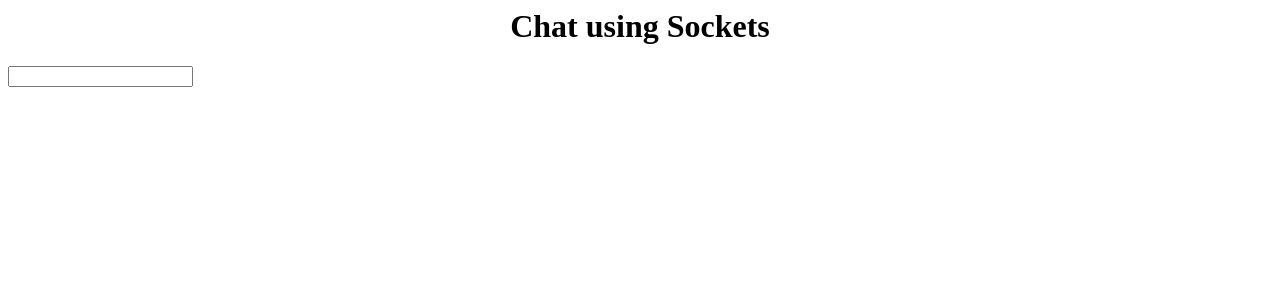
Repository: JamesArul/CLBSiteSTMT
Page: StudentsMeetFrontEnd/WebContent/SocketChat/ChatHome.html
An editor plug-in stored every save of this project. The page is shown before and after the next save, followed by the edit.
The browser window is 1280 px wide. The pictures show the whole page.

Above is the page before, as saved 2017-06-09 10:02:53.

### StudentsMeetFrontEnd/WebContent/SocketChat/ChatHome.html
<div ng-include="'SocketChat/ChatHome.html'"></div>
<center><h1>Chat using Sockets</h1></center>
<div ng-controller="ChatMsgController as ctrl">
<form ng-submit="addSocketMessage()">
<input type="text" ng-model=message />
</form>
</div>

After the next save:
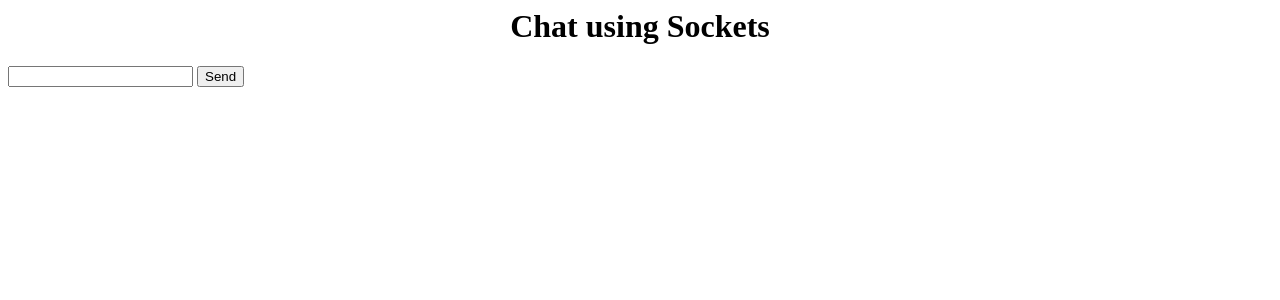
Saved 100 s later.
--- a/StudentsMeetFrontEnd/WebContent/SocketChat/ChatHome.html
+++ b/StudentsMeetFrontEnd/WebContent/SocketChat/ChatHome.html
@@ -3,5 +3,6 @@
 <div ng-controller="ChatMsgController as ctrl">
 <form ng-submit="addSocketMessage()">
 <input type="text" ng-model=message />
+<input type="submit" value="Send">
 </form>
 </div>
